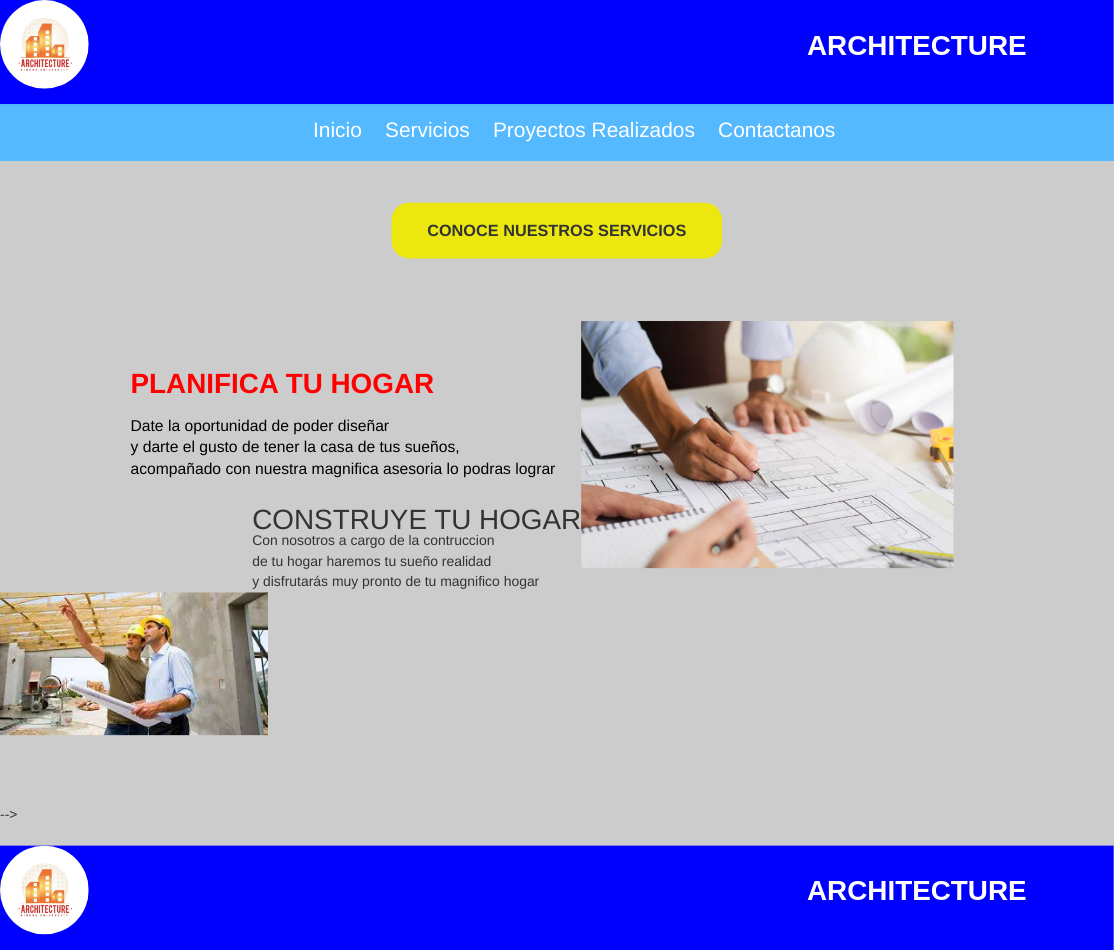
Repository: gabrielestrella18/htdocs
Page: http://localhost/arquitectos/servicios.php
These files come from the project's save history. The page is drawn as it stood at one moment and after the next save; the edit follows.
The browser window is 1280 px wide. The pictures show the whole page, at 87% of full size.
The page is run by PHP 8.4 with error messages shown; the project is at /var/www/html/.

Above is the page before, as saved 2023-12-07 21:32:51.

### arquitectos/servicios.php
<!DOCTYPE html>
<html lang="en">
  <head>
    <title></title>
    <meta charset="UTF-8">
    <meta name="viewport" content="width=device-width, initial-scale=1">
    <link href="estilo.css" rel="stylesheet">
  </head>
  <body>

<div class="azul">
  <img  class="lg"src="imagenes/arch.jpg" alt="">

  <h1>ARCHITECTURE</h1>
</div>

<div class="menu">
<div class="menuOpciones">
            <a href="index.php" target="_blank">Inicio</a>
            <a href="#" target="_blank">Servicios</a>
            <a href="#" target="_blank">Proyectos Realizados</a>
            <a href="#" target="_blank">Contactanos</a>
            </div>
            </div>
            <br><br>

<div class="ser">
<h3 class="serv">CONOCE NUESTROS SERVICIOS</h3>
</div>
<br> <br> <br>



<div class="plani">
  <div class="caja1">
<p class="pl">PLANIFICA TU HOGAR</p>
<br>
<span class="text"> Date la oportunidad de poder diseñar <br> y darte el gusto de tener la casa de tus sueños,  <br>acompañado
con nuestra magnifica asesoria lo podras lograr</span></div>
<div class="caja2">
<img class="plan" src="imagenes/planif.jpg" alt="">
</div>
</div>

<br><br><br>
<br><br><br><br><br><br>

<div class="const">
  <div class="caja3">
<p class="cons">CONSTRUYE TU HOGAR</p>
<span>Con nosotros a cargo de la contruccion <br> de tu hogar haremos tu sueño realidad <br> y disfrutarás muy pronto de tu magnifico hogar</span></div>
<div class="caja4"></div>
<img  class="co" src="imagenes/constru.jpg" alt="">
</div>
</div>

<br><br><br>
<!-- <div class="remod">
<p class="rem">REMODELA TU HOGAR</p>
<span>Cambia el diseño de tu hogar hoy mismo y nosotros haremos la maravilla de que sea el mejor hogar que haz podido tener</span>
<img class="re" src="imagenes/remodel.jpg" alt="">
</div>
 --> -->

</div>

<br><br>

<div class="azul">
  <img  class="lg"src="imagenes/arch.jpg" alt="">

  <h1>ARCHITECTURE</h1>
</div>


  </body>
</html>

### arquitectos/estilo.css
* {
    box-sizing: border-box;
    margin: 0;
    padding: 0;
}

body {
    font-family: helvetica;
    font-size: 16px;
    line-height: 24px;
    color: #333;
    background-color: #cccccc;
    max-width: 1400px;
}

.azul {
    background-color: blue;
    padding-bottom: 120px;
}

.lg {
    float: left;
    width: 8%;
    height: 8%;
    border-radius: 80px;
}

h1 {
    color: white;
    float: right;
    font-family: sans-serif;
    text-align: end;
    padding-top: 40px;
    padding-right: 100px;
}

.menu {
    border: 1px #54b9ff solid;
    background-color: #54b9ff;
    height: 65px;
}

.menuOpciones {
    padding-top: 12px;
    text-align: center;
    margin-top: 5px;
    padding-left: 40px;
    font-size: x-large;
}

.menuOpciones a {
    text-decoration: none;
    color: white;
    padding: 10px;
}

.menuOpciones a:hover {
    color: #9c2222;
}

.contenedor_fondo {
    width: 1350px;
    height: 600px;
    margin: auto;
    background-image: url(imagenes/fondoarq.jpg);
    background-repeat: no-repeat;
    background-size: cover;
}

.textofoto {
    /* width: 600px; */
    color: rgb(7, 2, 2);
    margin: auto;
    text-align: center;
    line-height: 35px;
    padding-top: 200px;
}

.botoncito {
    text-align: center;
}

.boton1 {
    color: #ece80f;
    background-color: #ce1111;
    padding-top: 20px;
    padding-bottom: 20px;
    padding-left: 10px;
    padding-right: 10px;
    border-radius: 20px;
}

h3 {
    text-align: center;
}

.serv {
    background-color: #ece80f;
    padding-top: 20px;
    padding-bottom: 20px;
    padding-left: 10px;
    padding-right: 10px;
    border-radius: 20px;
}

.ser {
    padding-left: 450px;
    padding-right: 450px;
}

p {
    font-weight: 400px;
    font-size: xx-large;
}


/* .hogar {
    display: inline-block;
} */


/* .plani {
    display: inline-block;
}

.pl {
    display: inline-block;
}

.cons {
    display: inline-block;
}

.co {
    display: inline-block;
}

.remod {
    display: inline-block;
}

.re {
    display: inline-block;
} */

.text {
    text-align: center;
}

.caja1 {
    float: left;
    padding-left: 150px;
    padding-top: 60px;
}

.caja2 {
    float: right
}

.plan {
    width: 70%;
    height: 70%;
}

.pl {
    color: rgb(255, 0, 0);
    font-weight: 800;
}

.text {
    color: black;
    font-size: large;
}

.caja3 {
    float: right;
}

.caja4 {
    float: left;
}

After the next save:
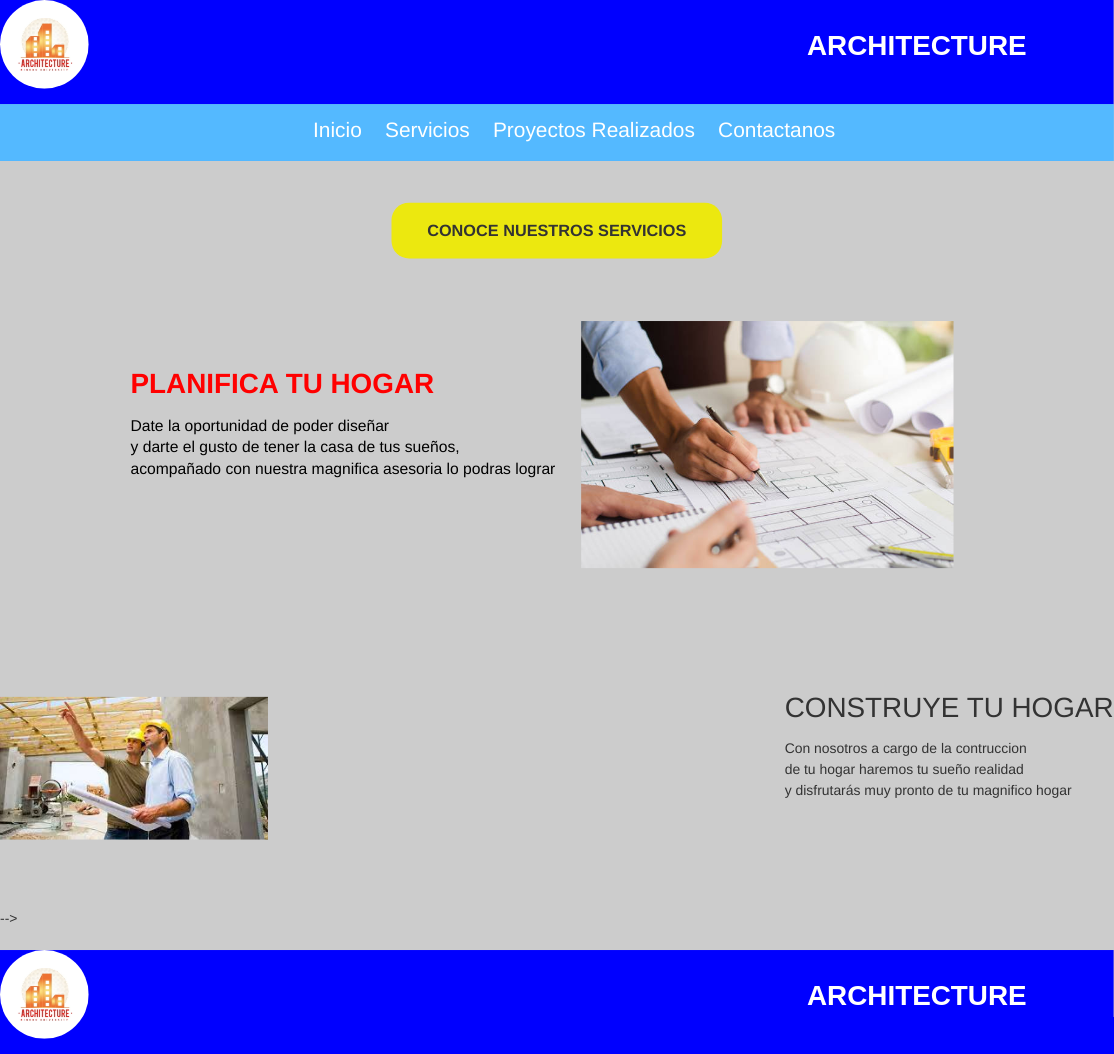
Saved 45 s later.
--- a/arquitectos/servicios.php
+++ b/arquitectos/servicios.php
@@ -45,9 +45,12 @@ con nuestra magnifica asesoria lo podras lograr</span></div>
 <br><br><br>
 <br><br><br><br><br><br>
 
+<br><br><br>
+<br><br><br><br><br><br>
 <div class="const">
   <div class="caja3">
 <p class="cons">CONSTRUYE TU HOGAR</p>
+<br>
 <span>Con nosotros a cargo de la contruccion <br> de tu hogar haremos tu sueño realidad <br> y disfrutarás muy pronto de tu magnifico hogar</span></div>
 <div class="caja4"></div>
 <img  class="co" src="imagenes/constru.jpg" alt="">
